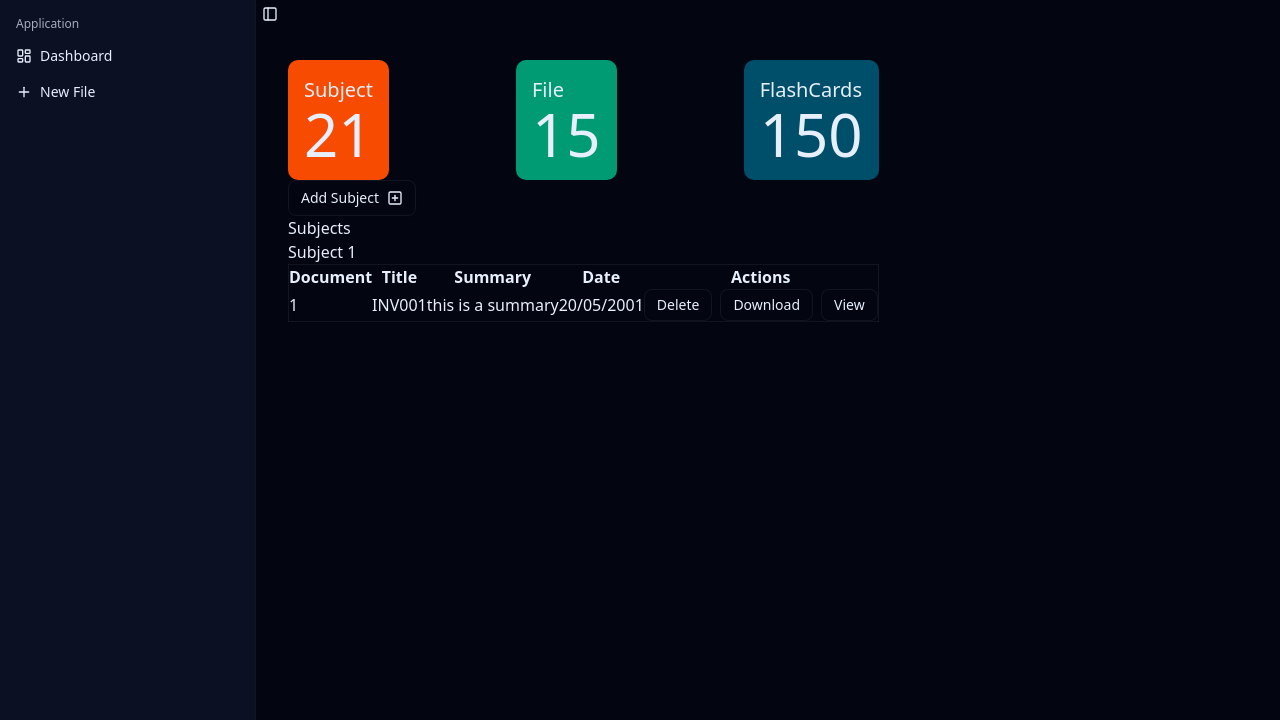
Repository: SywarDer/Student-Assistance
Page: /dashboard (app in student-assistant/)
An editor plug-in stored every save of this project. The page is shown before and after a run of saves, followed by the edit.
The browser window is 1280 px wide. The pictures show the whole page.
The project was rebuilt for these pictures with package versions that can differ from the ones it lists, and the page was loaded fresh each time. The framework's server and built-in components were replaced by stand-ins that run in the browser. Also part of the build but not shown: student-assistant/next.config.ts, student-assistant/components/ui/input.tsx, student-assistant/components/ui/separator.tsx, student-assistant/components/ui/skeleton.tsx. Imported but missing from the stored project, and not drawn on this page: student-assistant/components/ui/sheet.

Above is the page before, as saved 2025-10-30 20:36:19.

After the next 2 saves:
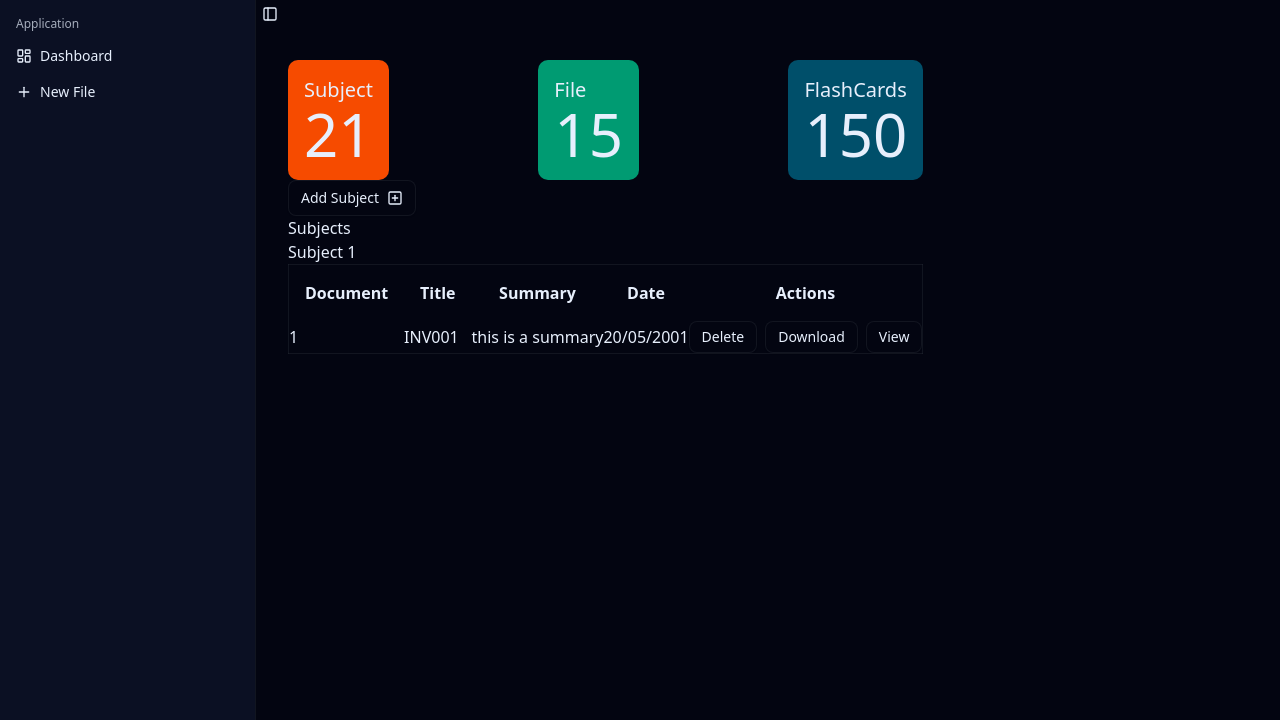
The 2 saves are shown as one change because they came seconds apart.
The last was saved 23 s later.
--- a/student-assistant/app/dashboard/page.tsx
+++ b/student-assistant/app/dashboard/page.tsx
@@ -91,11 +91,11 @@ export default function Dashboard() {
             <table className="min-w-full border">
                 <thead className="gap-4">
                     <tr>
-                        <th>Document</th>
-                        <th>Title</th>
-                        <th>Summary</th>
-                        <th>Date</th>
-                        <th>Actions</th>
+                        <th className="p-4">Document</th>
+                        <th className="p-4">Title</th>
+                        <th className="p-4">Summary</th>
+                        <th className="p-4">Date</th>
+                        <th className="p-4">Actions</th>
                     </tr>
                 </thead>
                 <tbody>
